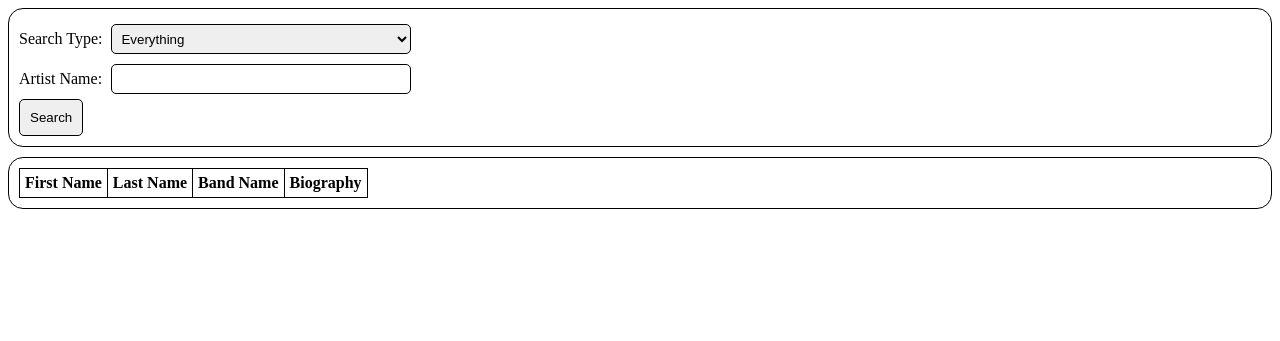
Repository: jasonfic/jmf194_INFSCI1017
Page: jmf194_FinalProject/WebContent/artist.html
The author's editor kept a copy of each file at every save. The page is drawn from the files as they stood at one save, then again after the next save.
The browser window is 1280 px wide. The pictures show the whole page.

Above is the page before, as saved 2019-04-16 04:46:56.

### jmf194_FinalProject/WebContent/artist.html
<html>
<head>
<meta charset="UTF-8">
<title>Artists</title>
<script src="script/jquery-3.4.0.min.js"></script>
<link href="css/style.css" rel="stylesheet" type="text/css" />

</head>
<body>
<div id="artistSearch" class = "table">
	<div>
		Search Type:
		<select name="searchType" id="searchType" class="textField">
			<option value="">Everything</option>
			<option value="equals">Equals</option>
			<option value="begins">Begins</option>
			<option value="ends">Ends</option>
			<option value="contains">Contains</option>
		</select>
	</div>
	<div>
		Artist Name: <input type="text" id="bandName" name="bandName" value="" class="textField" />
	</div>
	<div>
		<input type="button" id="btnSearch" name="btnSubmit" value="Search" />
	</div>
</div>

<div id="searchResults">
	<table id="tblSearchResults">
		<tr>
			<th>First Name</th>
			<th>Last Name</th>
			<th>Band Name</th>
			<th>Biography</th>
		</tr>
	</table>
</div>

</body>
<script>
	$(document).ready(function (){
		$("#btnSearch").click(function (){
			search();
		});

		$("#bandName").keyup(function () {
			var keyPressed = $("#bandName").val();
			if (keyPressed.length > 2) {
				search();
			}
			else {
				$(".dataRow").remove();
			}
		});
	});

	function search() {
		var bandName = $("#bandName").val();
		var searchType = $("#searchType").val();
		var url = "ArtistListWS?bandName=" + bandName + "&searchType=" + searchType;
		$.get(url, function(resp){
			parseArtistData(resp);
		})
	}

	function parseArtistData(data){
		// $("#searchResults").text(JSON.stringify(data));
		$(".dataRow").remove();
		var result = "";

		for(var i=0; i < data.length; i++){
			var tr = $("<tr></tr>"); // created empty html table row
			tr.attr({"class" : "datarow"});

			// First data cell
			var td = $("<td></td>"); // created empty html table data
			td.html(data[i].first_name);
			tr.append(td);

			// Second data cell
			// Note that we don't need to redeclare this
			td = $("<td></td>");
			td.html(data[i].last_name)
			tr.append(td);

			// Third data cell
			td = $("<td></td>");
			td.html(data[i].band_name)
			tr.append(td);

			td = $("<td></td>");
			td.html(data[i].bio)
			tr.append(td);

			/*td = $("<td></td>");
			var link = "<a href='song.html?artist_id=" + data[i].artist_id + "'>View Songs</a>";
			td.html(link)
			tr.append(td);*/

			// Append row to the table
			$("#tblSearchResults").append(tr);
		}

		// $("#searchResults").html(result);
	}
</script>
</html>

### jmf194_FinalProject/WebContent/css/style.css
.table {
	border: 1px solid #000;
	padding: 10px;
	border-radius: 15px;
}

.textField {
	border: 1px solid #000;
	border-radius: 5px;
	padding: 5px;
	margin: 5px;
	width: 300px;
	height: 30px;
}

#searchResults {
	border: 1px solid #000;
	padding: 10px;
	margin-top: 10px;
	border-radius: 15px;
}

input[type=button] {
	border: 1px solid #000;
	padding: 10px;
	border-radius: 5px;
}

#tblSearchResults {
	border-collapse: collapse;
}

#tblSearchResults tr th, td {
	border: 1px solid #000;
	padding: 5px;
}

### jmf194_FinalProject/WebContent/menu.html
<!DOCTYPE html>
<html>
<head>
<meta charset="UTF-8">
<title>Music Navigator</title>
<style>
body {
  font-size: 28px;
}

ul {
  list-style-type: none;
  margin: 0;
  padding: 0;
  overflow: hidden;
  background-color: #333;
  position: -webkit-sticky;
  position: sticky;
  top: 0;
}

li {
  float: left;
}

li a {
  display: block;
  color: white;
  text-align: center;
  padding: 14px 16px;
  text-decoration: none;
}

li a:hover {
  background-color: #111;
}

.active {
  background-color: #4CAF50;
}
</style>
</head>
<body>
<ul>
  <li><a class="active" href="index.php">Home</a></li>
  <li><a href="artist.html">Browse Artists</a></li>
  <li><a href="album.html">Browse Albums</a></li>
  <li><a href="song.html">Browse Songs</a></li>
</ul>

</body>
</html>

Loaded but not shown: jmf194_FinalProject/WebContent/script/jquery-3.4.0.min.js (library)

After the next save:
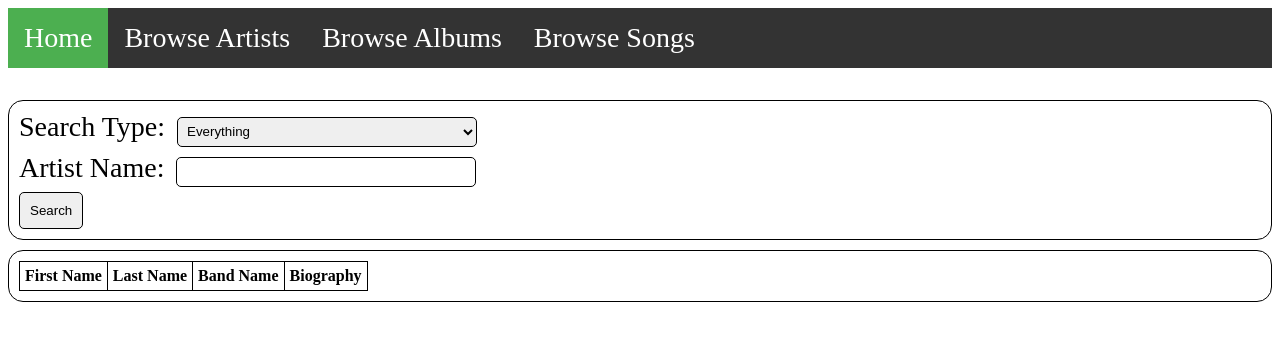
Saved 50 s later.
--- a/jmf194_FinalProject/WebContent/artist.html
+++ b/jmf194_FinalProject/WebContent/artist.html
@@ -3,10 +3,17 @@
 <meta charset="UTF-8">
 <title>Artists</title>
 <script src="script/jquery-3.4.0.min.js"></script>
+<script>
+$(function() {
+    $("#includedContent").load("menu.html");
+});
+</script>
 <link href="css/style.css" rel="stylesheet" type="text/css" />
 
 </head>
 <body>
+<div id="includedContent"></div>
+<br/>
 <div id="artistSearch" class = "table">
 	<div>
 		Search Type:
